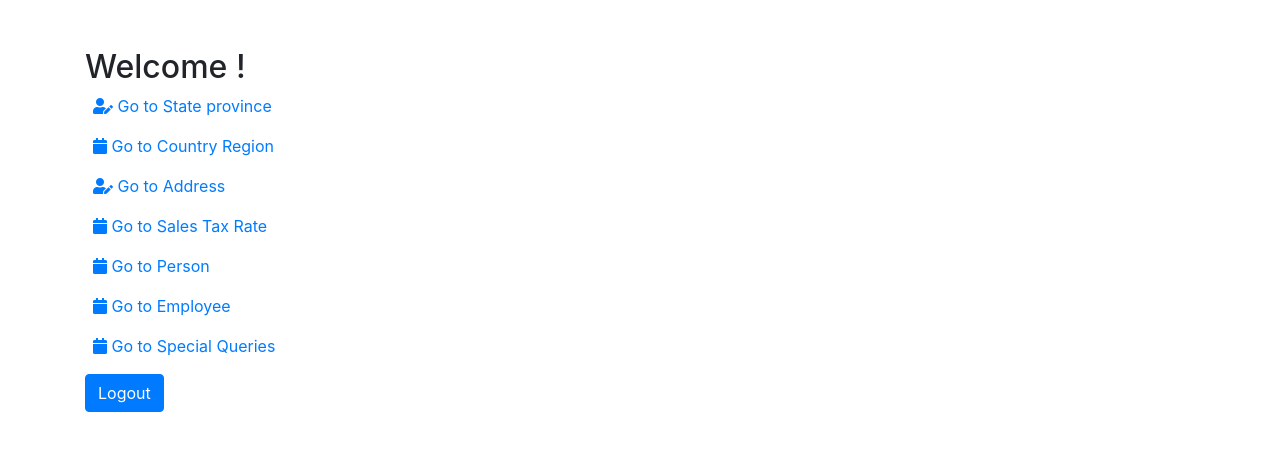
Repository: SebasBarrera/historial-clinico-veterinario
Page: historial-clinico-veterinario-backend/src/main/resources/static/index.html
The author's editor kept a copy of each file at every save. The page is drawn from the files as they stood at one save, then again after the next save.
The browser window is 1280 px wide. The pictures show the whole page.
Some web libraries are served in a nearby version.

Above is the page before, as saved 2023-02-27 00:55:34.

### historial-clinico-veterinario-backend/src/main/resources/static/index.html
<!DOCTYPE html>
<html xmlns:th="http://www.thymeleaf.org">
<head>
<meta charset="utf-8">
<meta http-equiv="x-ua-compatible" content="ie=edge">
<title>AWC</title>
<meta name="viewport" content="width=device-width, initial-scale=1">
<link rel="stylesheet"
	href="https://stackpath.bootstrapcdn.com/bootstrap/4.1.3/css/bootstrap.min.css"
	integrity="sha384-MCw98/SFnGE8fJT3GXwEOngsV7Zt27NXFoaoApmYm81iuXoPkFOJwJ8ERdknLPMO"
	crossorigin="anonymous">
<link rel="stylesheet"
	href="https://use.fontawesome.com/releases/v5.4.1/css/all.css"
	integrity="sha384-5sAR7xN1Nv6T6+dT2mhtzEpVJvfS3NScPQTrOxhwjIuvcA67KV2R5Jz6kr4abQsz"
	crossorigin="anonymous">
</head>
<body>
	<div class="container my-5">
		<div class="row">
			<div class="col-md-6">
				<h2>Welcome !</h2>

				<p><a href="/stateprovince/"><i class="fas fa-user-edit ml-2"></i> Go to State province</a></p>
				<p><a href="/countryregion/"><i class="fas fa-calendar ml-2"></i> Go to Country Region</a></p>
				<p><a href="/address/"><i class="fas fa-user-edit ml-2"></i> Go to Address</a></p>
				<p><a href="/salestaxrate/"><i class="fas fa-calendar ml-2"></i> Go to Sales Tax Rate</a></p>
				<p><a href="/person/"><i class="fas fa-calendar ml-2"></i> Go to Person</a></p>
				<p><a href="/employee/"><i class="fas fa-calendar ml-2"></i> Go to Employee</a></p>
				<p><a href="/specialqueries/address/"><i class="fas fa-calendar ml-2"></i> Go to Special Queries</a></p>
				<a href="/logout" class="btn btn-primary">Logout</a>
			</div>
		</div>
	</div>
</body>

After the next save:
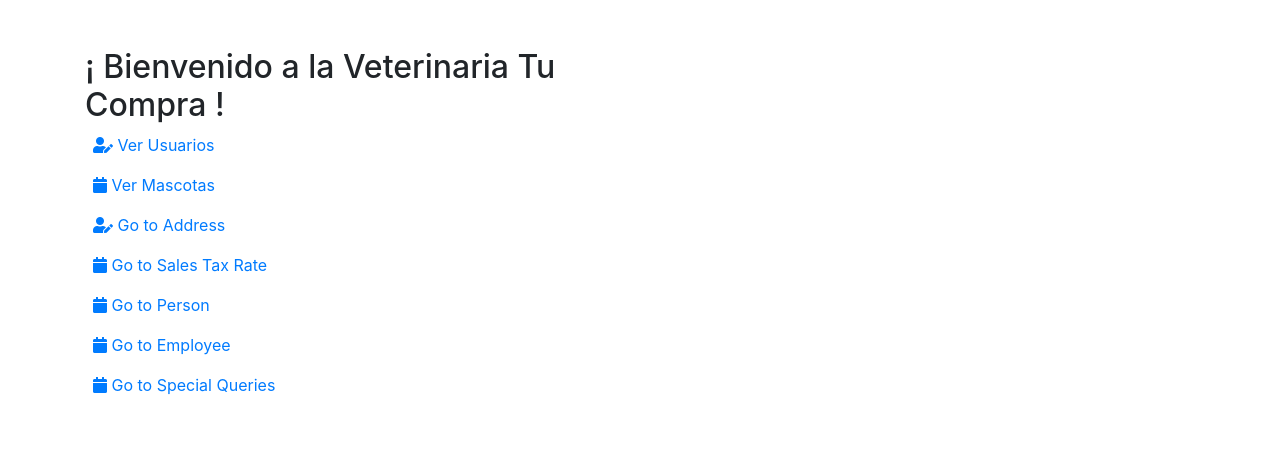
Saved 5 min 39 s later.
--- a/historial-clinico-veterinario-backend/src/main/resources/static/index.html
+++ b/historial-clinico-veterinario-backend/src/main/resources/static/index.html
@@ -3,7 +3,7 @@
 <head>
 <meta charset="utf-8">
 <meta http-equiv="x-ua-compatible" content="ie=edge">
-<title>AWC</title>
+<title>Veterinaria Tu</title>
 <meta name="viewport" content="width=device-width, initial-scale=1">
 <link rel="stylesheet"
 	href="https://stackpath.bootstrapcdn.com/bootstrap/4.1.3/css/bootstrap.min.css"
@@ -18,16 +18,16 @@
 	<div class="container my-5">
 		<div class="row">
 			<div class="col-md-6">
-				<h2>Welcome !</h2>
+				<h2>¡ Bienvenido a la Veterinaria Tu Compra !</h2>
 
-				<p><a href="/stateprovince/"><i class="fas fa-user-edit ml-2"></i> Go to State province</a></p>
-				<p><a href="/countryregion/"><i class="fas fa-calendar ml-2"></i> Go to Country Region</a></p>
+				<p><a href="/usuario/"><i class="fas fa-user-edit ml-2"></i> Ver Usuarios</a></p>
+				<p><a href="/mascota/"><i class="fas fa-calendar ml-2"></i> Ver Mascotas</a></p>
 				<p><a href="/address/"><i class="fas fa-user-edit ml-2"></i> Go to Address</a></p>
 				<p><a href="/salestaxrate/"><i class="fas fa-calendar ml-2"></i> Go to Sales Tax Rate</a></p>
 				<p><a href="/person/"><i class="fas fa-calendar ml-2"></i> Go to Person</a></p>
 				<p><a href="/employee/"><i class="fas fa-calendar ml-2"></i> Go to Employee</a></p>
 				<p><a href="/specialqueries/address/"><i class="fas fa-calendar ml-2"></i> Go to Special Queries</a></p>
-				<a href="/logout" class="btn btn-primary">Logout</a>
+				<!--  <a href="/logout" class="btn btn-primary">Logout</a>-->
 			</div>
 		</div>
 	</div>
